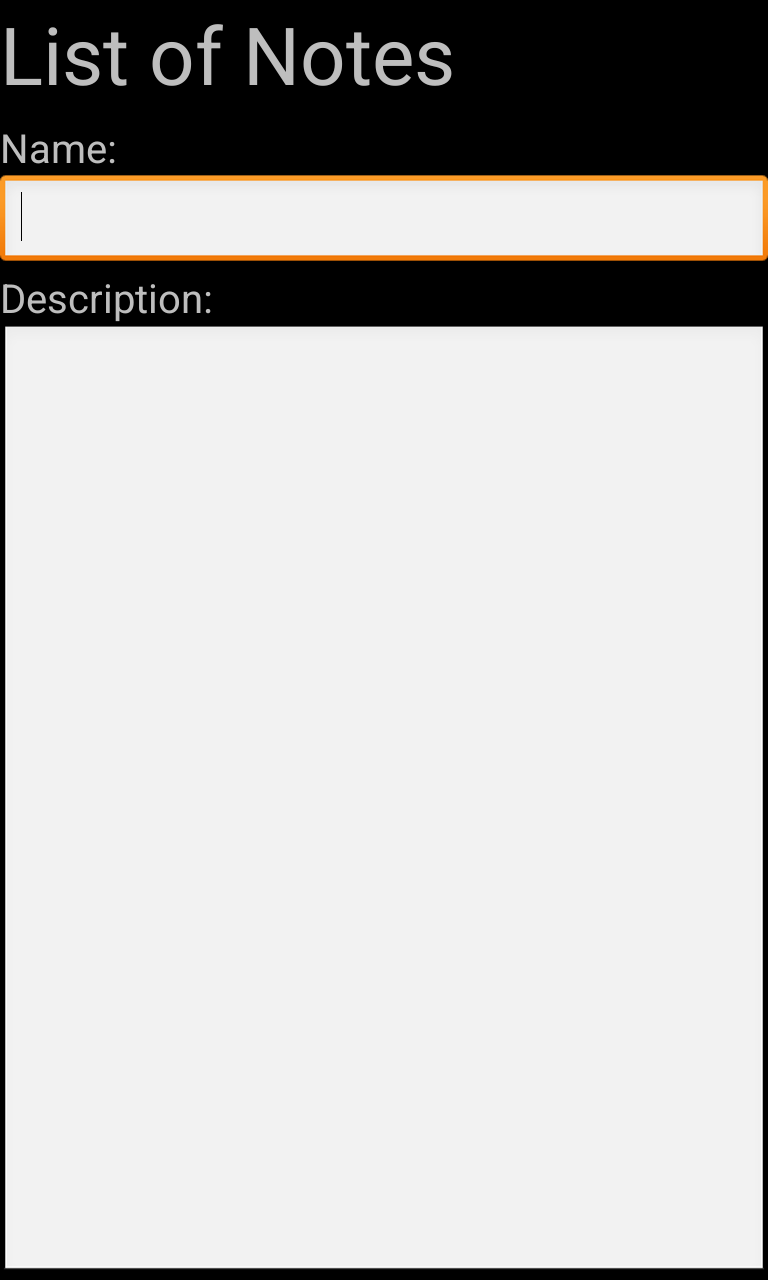
Repository: sandrapatfer/PROMPT11-10-CloudComputing.sandrapatfer
Layout: src/FinalWork/AndroidCloudNotes/AndroidCloudNotes/res/layout/tasklist_view.xml
These files come from the project's save history. The layout is drawn as it stood at one moment and after the next save; the edit follows.
It is drawn on a 768 x 1280 px phone screen (xhdpi) without system bars, with theme android:Theme; the app's code is not run.

Above is the layout before, as saved 2012-06-03 22:40:32.

After the next save:
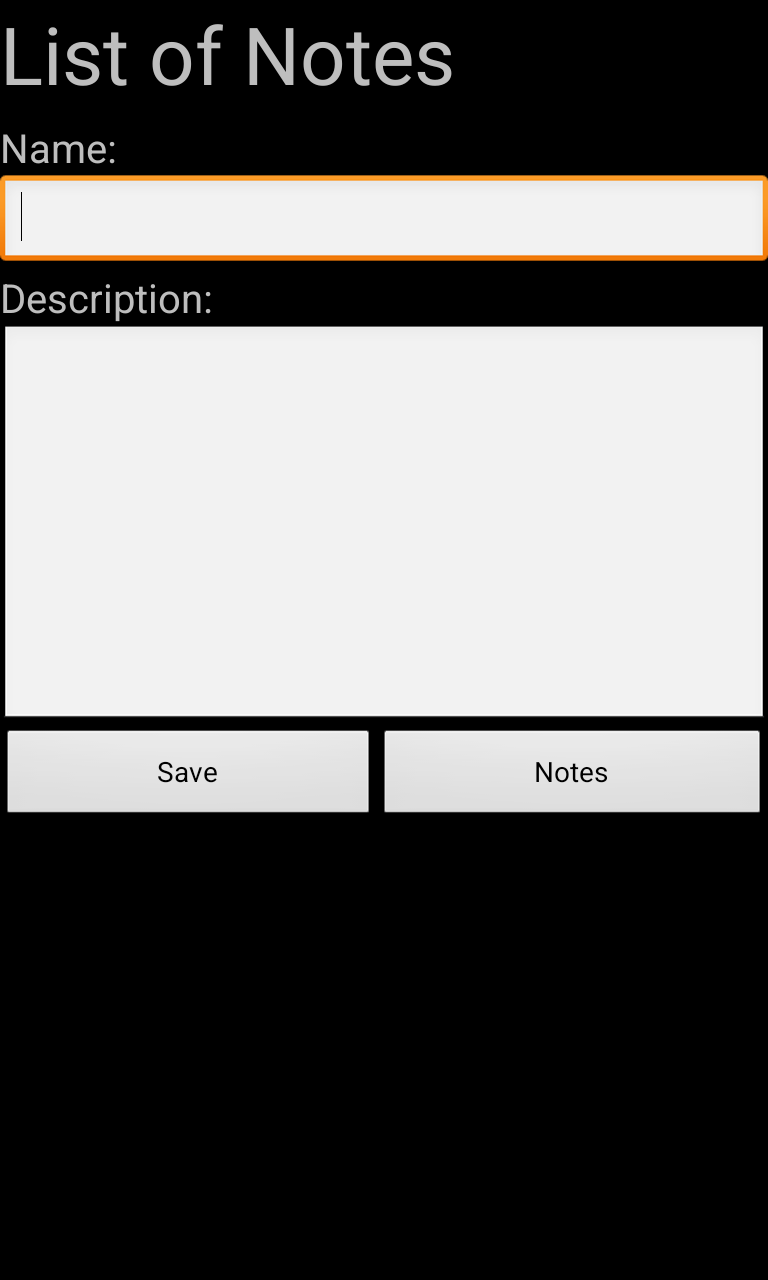
Saved 6 min 50 s later.
--- a/src/FinalWork/AndroidCloudNotes/AndroidCloudNotes/res/layout/tasklist_view.xml
+++ b/src/FinalWork/AndroidCloudNotes/AndroidCloudNotes/res/layout/tasklist_view.xml
@@ -31,27 +31,31 @@
 	    android:text="@string/description_label"
 	    android:textSize="20dp"
 	    />
+
 	<EditText
-        android:id="@+id/text_taskListDescription"
-        android:layout_width="match_parent"
-        android:layout_height="match_parent"
-        android:inputType="textMultiLine" >
+	    android:id="@+id/text_taskListDescription"
+	    android:layout_width="match_parent"
+	    android:layout_height="202dp"
+	    android:inputType="textMultiLine" >
+
     </EditText>
     <LinearLayout
         android:id="@+id/linearLayout1"
         android:layout_width="match_parent"
         android:layout_height="wrap_content" >
+        <Button
+            android:id="@+id/button1"
+            android:layout_width="wrap_content"
+            android:layout_height="wrap_content"
+            android:layout_weight="1"
+            android:text="@string/save_label"
+             />
+        <Button
+            android:id="@+id/button2"
+            android:layout_width="wrap_content"
+            android:layout_height="wrap_content"
+            android:layout_weight="1"
+            android:text="@string/notes_label" />
+    </LinearLayout>
 
-	    <Button
-	        android:id="@+id/button1"
-	        android:layout_width="wrap_content"
-	        android:layout_height="wrap_content"
-	        android:text="@string/save_label" />
-
-	    <Button
-	        android:id="@+id/button2"
-	        android:layout_width="wrap_content"
-	        android:layout_height="wrap_content"
-	        android:text="@string/notes_label" />
-    </LinearLayout>
 </LinearLayout>

After the save that followed:
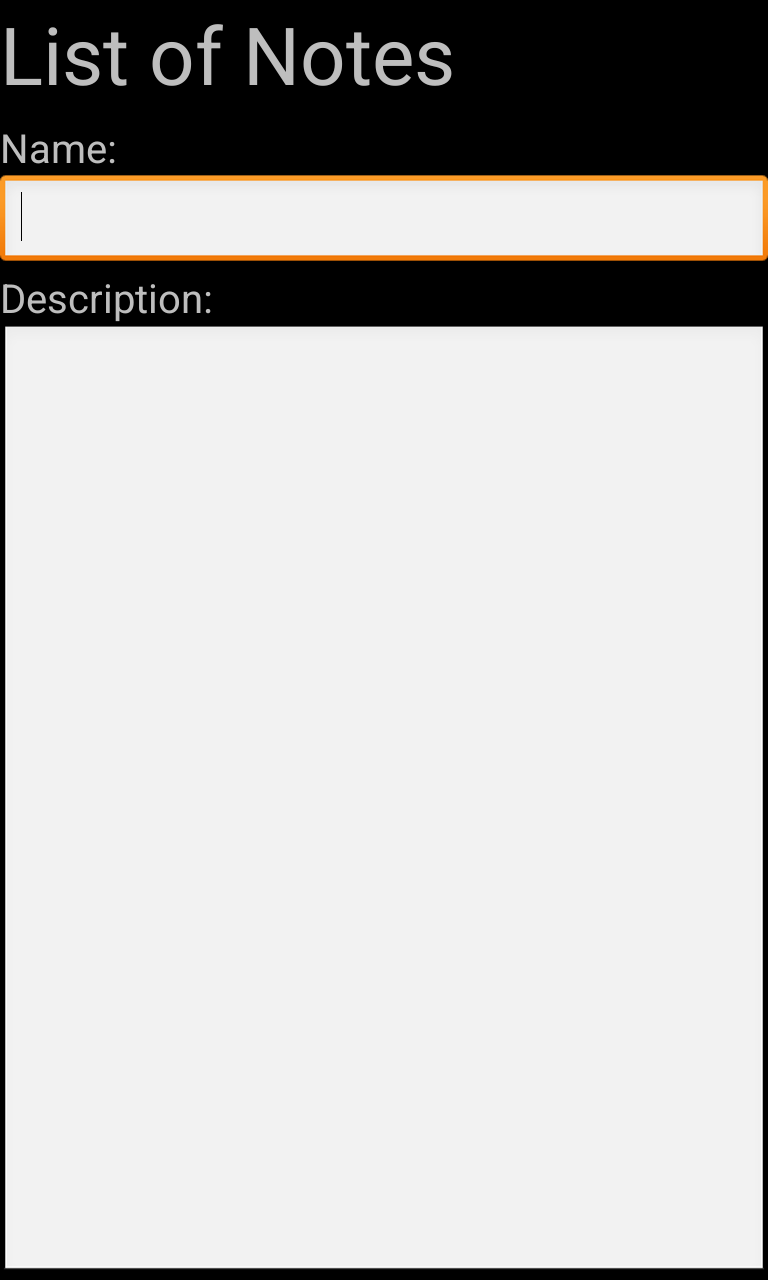
Saved 17 s later.
--- a/src/FinalWork/AndroidCloudNotes/AndroidCloudNotes/res/layout/tasklist_view.xml
+++ b/src/FinalWork/AndroidCloudNotes/AndroidCloudNotes/res/layout/tasklist_view.xml
@@ -35,7 +35,7 @@
 	<EditText
 	    android:id="@+id/text_taskListDescription"
 	    android:layout_width="match_parent"
-	    android:layout_height="202dp"
+	    android:layout_height="match_parent"
 	    android:inputType="textMultiLine" >
 
     </EditText>
